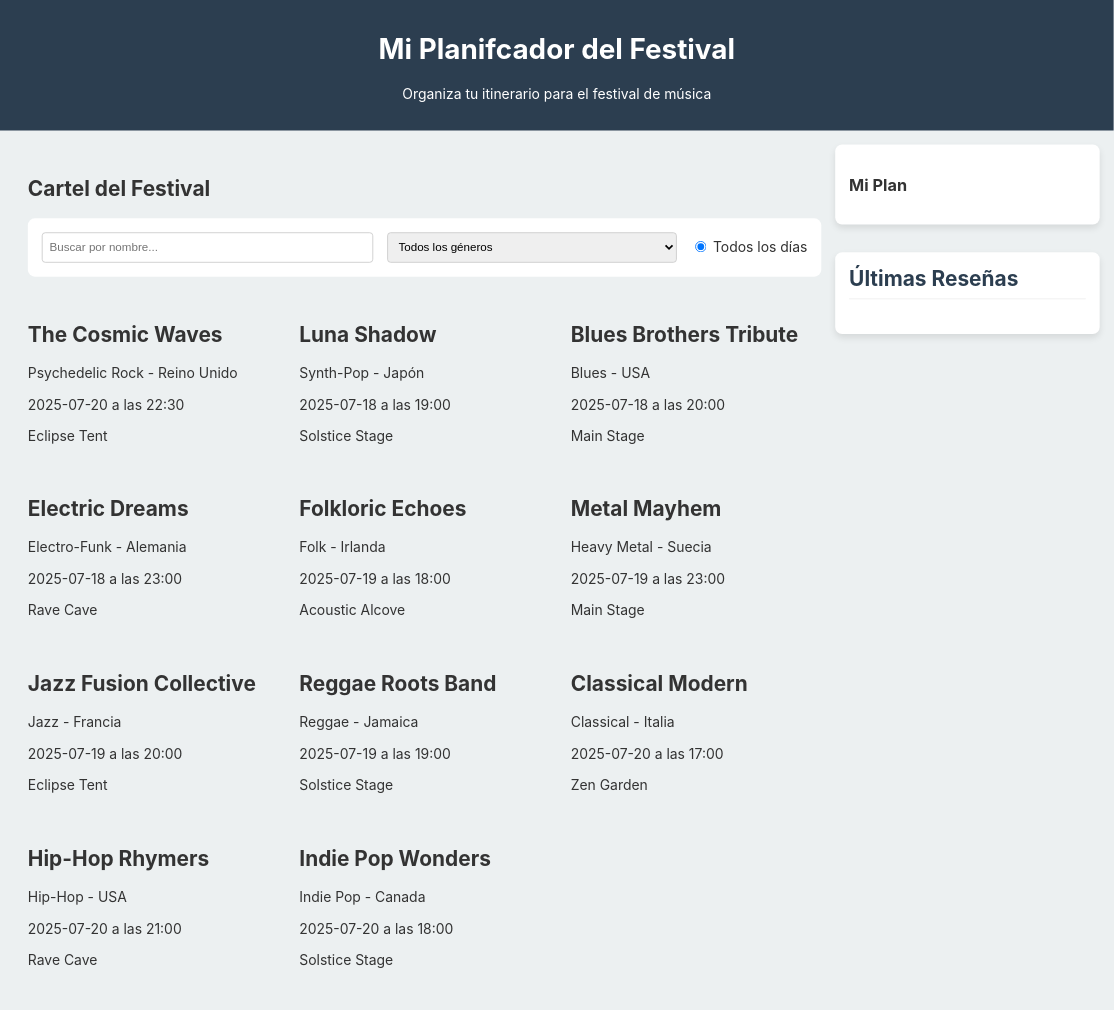
Repository: covaa15/DWEC
Page: Examen12_12_2025/index.html
An editor plug-in stored every save of this project. The page is shown before and after the next save, followed by the edit.
The browser window is 1280 px wide. The pictures show the whole page, at 87% of full size.

Above is the page before, as saved 2025-12-12 12:05:09.

### Examen12_12_2025/index.html
<!DOCTYPE html>
<html lang="es">
<head>
    <meta charset="UTF-8">
    <meta name="viewport" content="width=device-width, initial-scale=1.0">
    <title>Festival</title>
    <link rel="stylesheet" href="css/style.css">
</head>
<body>
    <!-- Encabezado principal de la aplicación -->
    <header>
        <h1>Mi Planifcador del Festival</h1>
        <p>Organiza tu itinerario para el festival de música</p>
    </header>

    <!-- Contenedor principal de la aplicación: organiza el dashboard y la columna derecha -->
    <div class="container">
        <!-- Sección principal del dashboard: muestra el cartel del festival y los filtros -->
        <main id="dashboard">
            <h2>Cartel del Festival</h2>
            <!-- Formulario de filtros para buscar y categorizar artistas -->
            <form id="filter-form">
                <input type="text" id="search-name" placeholder="Buscar por nombre...">
                <select id="filter-genre">
                    <option value="">Todos los géneros</option>
                    <!-- Las opciones de género se cargarán aquí dinámicamente mediante JavaScript -->
                </select>
                <div id="filter-day" class="radio-group">
                    <label><input type="radio" name="day" value="" checked> Todos los días</label>
                    <!-- Las opciones de día se cargarán aquí dinámicamente mediante JavaScript -->
                </div>
            </form>
            <!-- Contenedor donde se mostrarán las tarjetas de los artistas filtrados -->
            <div id="artist-list" class="grid-container">
                <!-- Las tarjetas de artistas se insertarán aquí por JavaScript -->
            </div>
        </main>

        <!-- Columna lateral derecha: contiene el plan del usuario y las reseñas -->
        <div class="right-column">
            <!-- Sección para el plan personalizado del usuario -->
            <aside id="my-plan-container">
                <h3>Mi Plan</h3>
                <!-- Lista donde se añadirán las actuaciones seleccionadas por el usuario -->
                <ul id="plan-list">
                    <!-- Las actuaciones añadidas aparecerán aquí por JavaScript -->
                </ul>
            </aside>
            <!-- Sección para mostrar las reseñas de los artistas -->
            <section id="reviews-section">
                <h2>Últimas Reseñas</h2>
                <!-- Contenedor donde se mostrarán las tarjetas de las reseñas -->
                <div id="reviews-list">
                    <!-- Las reseñas se insertarán aquí por JavaScript -->
                </div>
            </section>
        </div>
    </div>

    <!-- Modal para el formulario de reseña (inicialmente oculto) -->
    <div id="review-modal" class="modal-overlay" style="display: none;">
        <div class="modal-content">
            <button class="close-modal">&times;</button>
            <h3 id="modal-artist-name">Dejar reseña para...</h3>
            <!-- Formulario de reseña del artista. La validación se realiza en el cliente. -->
            <form id="review-form" novalidate>
                <div class="form-group">
                    <label>Calificación:</label>
                    <div class="star-rating">
                        <!-- Campos de radio para la calificación por estrellas (5 a 1) -->
                        <input type="radio" id="star5" name="rating" value="5" required><label for="star5" title="5 stars">★</label>
                        <input type="radio" id="star4" name="rating" value="4"><label for="star4" title="4 stars">★</label>
                        <input type="radio" id="star3" name="rating" value="3"><label for="star3" title="3 stars">★</label>
                        <input type="radio" id="star2" name="rating" value="2"><label for="star2" title="2 stars">★</label>
                        <input type="radio" id="star1" name="rating" value="1"><label for="star1" title="1 star">★</label>
                    </div>
                    <span class="error-message"></span>
                </div>
                <div class="form-group">
                    <label for="comment">Comentario:</label>
                    <textarea id="comment" name="comment" rows="4" minlength="15" required></textarea>
                    <span class="error-message"></span>
                </div>
                <div class="form-group">
                    <label for="email">Email:</label>
                    <input type="email" id="email" name="email" required>
                    <span class="error-message"></span>
                </div>
                <button type="submit">Enviar Reseña</button>
            </form>
        </div>
    </div>


    <!-- Mensaje de éxito temporal para confirmaciones de usuario (inicialmente oculto) -->
    <div id="success-message" class="success-message" style="display: none;"></div>

    <!-- Enlace al archivo JavaScript principal de la aplicación.
         El atributo 'type="module"' permite usar importaciones y exportaciones de módulos. -->
    <script src="js/main.js" type="module"></script>
</body>
</html>

### Examen12_12_2025/css/style.css
/* --- GENERALES Y LAYOUT --- */
/* Este bloque define variables globales (--variable) para la paleta de colores y estilos reutilizables.
   También establece los estilos base para la página, como la fuente y la maquetación principal de dos columnas usando Flexbox. */
:root {
    --primary-color: #2c3e50;
    --secondary-color: #3498db;
    --background-color: #ecf0f1;
    --card-bg-color: #ffffff;
    --text-color: #333;
    --error-color: #e74c3c;
    --success-color: #2ecc71;
    --star-color: #f1c40f;
    --border-radius: 8px;
    --box-shadow: 0 4px 8px rgba(0, 0, 0, 0.1);
}

body {
    font-family: -apple-system, BlinkMacSystemFont, "Segoe UI", Roboto, Helvetica, Arial, sans-serif;
    margin: 0;
    background-color: var(--background-color);
    color: var(--text-color);
}

header {
    background-color: var(--primary-color);
    color: white;
    padding: 1rem 2rem;
    text-align: center;
}

.container {
    display: flex;
    flex-wrap: wrap;
    padding: 1rem;
}

main#dashboard {
    flex: 3;
    min-width: 300px;
    padding: 1rem;
}

.right-column {
    flex: 1;
    min-width: 300px;
    display: flex;
    flex-direction: column;
    gap: 2rem;
}

aside#my-plan-container {
    background-color: var(--card-bg-color);
    padding: 1rem;
    border-radius: var(--border-radius);
    box-shadow: var(--box-shadow);
}

/* --- FORMULARIO DE FILTROS --- */
/* Estilos para el formulario que permite al usuario buscar y filtrar artistas. */
#filter-form {
    display: flex;
    flex-wrap: wrap;
    gap: 1rem;
    margin-bottom: 2rem;
    background-color: var(--card-bg-color);
    padding: 1rem;
    border-radius: var(--border-radius);
}

#filter-form input[type="text"],
#filter-form select {
    padding: 0.5rem;
    border: 1px solid #ccc;
    border-radius: 4px;
    flex-grow: 1;
}

.radio-group {
    display: flex;
    gap: 1rem;
    align-items: center;
}

/* --- TARJETAS DE ARTISTAS --- */
/* Define el layout de parrilla para las tarjetas de artistas y el estilo de cada tarjeta individual,
   incluyendo efectos visuales como sombras y animaciones al pasar el ratón. */
.grid-container {
    display: grid;
    grid-template-columns: repeat(auto-fill, minmax(220px, 1fr));
    gap: 1.5rem;
}

.artist-card {
    background: var(--card-bg-color);
    border-radius: var(--border-radius);
    box-shadow: var(--box-shadow);
    padding: 1rem;
    transition: transform 0.2s, box-shadow 0.2s;
    display: flex;
    flex-direction: column;
}

.artist-card:hover {
    transform: translateY(-5px);
    box-shadow: 0 8px 16px rgba(0, 0, 0, 0.15);
}

.artist-card h3 {
    margin-top: 0;
    color: var(--primary-color);
}

.artist-card p {
    font-size: 0.9rem;
    color: #7f8c8d;
    margin: 0.5rem 0;
}

.card-schedule-info {
    font-size: 0.85rem;
    color: #34495e;
    background-color: #f8f9f9;
    padding: 0.5rem;
    border-radius: 4px;
    margin: 1rem 0;
    border-left: 3px solid var(--secondary-color);
}

.card-schedule-info span {
    display: block;
}

.card-schedule-info span:first-child {
    font-weight: bold;
}

.artist-card button {
    background-color: var(--secondary-color);
    color: white;
    border: none;
    padding: 0.6rem 1rem;
    border-radius: 4px;
    cursor: pointer;
    width: 100%;
    margin-top: auto; /* Empuja el botón al final */
    transition: background-color 0.2s;
}

.artist-card button:hover {
    background-color: #2980b9;
}

/* --- SECCIÓN "MI PLAN" --- */
/* Estilos para la lista de actuaciones que el usuario ha seleccionado.
   Incluye el estilo de cada elemento de la lista y sus botones de acción (Eliminar, Dejar reseña). */
#plan-list {
    list-style-type: none;
    padding: 0;
    margin: 0;
}

#plan-list li {
    background-color: #f9f9f9;
    padding: 0.8rem;
    margin-bottom: 0.8rem;
    border-radius: 4px;
    border-left: 5px solid var(--secondary-color);
    position: relative;
}

#plan-list .plan-item-info strong {
    display: block;
    color: var(--primary-color);
}

#plan-list .plan-item-info span {
    font-size: 0.85rem;
    color: #7f8c8d;
}

#plan-list .plan-item-actions {
    margin-top: 0.5rem;
    display: flex;
    gap: 0.5rem;
}

.plan-item-actions button {
    font-size: 0.75rem;
    padding: 0.3rem 0.6rem;
    border-radius: 3px;
    cursor: pointer;
    border: 1px solid;
}

.btn-delete {
    border-color: var(--error-color);
    color: var(--error-color);
    background: transparent;
}
.btn-review {
    border-color: var(--secondary-color);
    color: var(--secondary-color);
    background: transparent;
}
.btn-review:disabled {
    border-color: #ccc;
    color: #ccc;
    cursor: not-allowed;
}


/* --- MODAL --- */
/* Estilos para la ventana modal que aparece superpuesta.
   Define la capa de fondo oscura y el contenedor del contenido del modal. */
.modal-overlay {
    position: fixed;
    top: 0;
    left: 0;
    width: 100%;
    height: 100%;
    background-color: rgba(0, 0, 0, 0.6);
    display: flex;
    justify-content: center;
    align-items: center;
    z-index: 1000;
}

.modal-content {
    background: white;
    padding: 2rem;
    border-radius: var(--border-radius);
    width: 90%;
    max-width: 500px;
    position: relative;
}

.close-modal {
    position: absolute;
    top: 1rem;
    right: 1rem;
    background: none;
    border: none;
    font-size: 1.5rem;
    cursor: pointer;
}

/* --- FORMULARIO DE RESEÑA --- */
/* Define los estilos para el formulario dentro del modal, incluyendo los campos de entrada,
   los mensajes de error de validación y el sistema de calificación por estrellas. */
#review-form .form-group {
    margin-bottom: 1rem;
}

#review-form label {
    display: block;
    margin-bottom: 0.3rem;
}

#review-form input,
#review-form textarea {
    width: 100%;
    padding: 0.5rem;
    border: 1px solid #ccc;
    border-radius: 4px;
    box-sizing: border-box;
}

#review-form button {
    background-color: var(--success-color);
    color: white;
    padding: 0.7rem 1.5rem;
    border: none;
    border-radius: 4px;
    cursor: pointer;
}
.error-message {
    color: var(--error-color);
    font-size: 0.8rem;
    height: 1rem;
    display: block;
}
input:invalid, textarea:invalid {
    border-color: var(--error-color);
}

/* Star Rating: Implementación de calificación por estrellas con inputs de radio y CSS. */
.star-rating {
    display: flex;
    flex-direction: row-reverse;
    justify-content: flex-end;
}

.star-rating input[type="radio"] {
    display: none;
}

.star-rating label {
    color: #ccc;
    cursor: pointer;
    font-size: 2rem;
    margin: 0;
}

.star-rating input[type="radio"]:checked ~ label,
.star-rating label:hover,
.star-rating label:hover ~ label {
    color: var(--star-color);
}

/* --- MENSAJE DE ÉXITO --- */
/* Estilos para la notificación flotante que aparece tras enviar una reseña. */
.success-message {
    position: fixed;
    bottom: 20px;
    left: 50%;
    transform: translateX(-50%);
    background-color: var(--success-color);
    color: white;
    padding: 1rem 2rem;
    border-radius: var(--border-radius);
    z-index: 1001;
    box-shadow: var(--box-shadow);
}


/* --- SECCIÓN DE RESEÑAS --- */
/* Estilos para la sección que muestra las reseñas enviadas y el formato de cada tarjeta de reseña. */
#reviews-section {
    background-color: var(--card-bg-color);
    padding: 1rem;
    border-radius: var(--border-radius);
    box-shadow: var(--box-shadow);
}

#reviews-section h2 {
    text-align: left;
    margin-top: 0;
    margin-bottom: 1.5rem;
    padding-bottom: 0.5rem;
    border-bottom: 1px solid #eee;
    color: var(--primary-color);
}

#reviews-list {
    display: flex;
    flex-direction: column;
    gap: 1rem;
}

.review-card {
    background: #f9f9f9;
    border-radius: var(--border-radius);
    padding: 1rem;
    display: flex;
    flex-direction: column;
    border-left: 5px solid var(--secondary-color);
}

.review-card h4 {
    margin: 0 0 0.5rem 0;
    color: var(--primary-color);
}

.review-card-rating {
    color: var(--star-color);
    font-size: 1.2rem;
    margin-bottom: 1rem;
}

.review-card-comment {
    font-style: italic;
    color: #555;
    margin: 0;
}


/* --- RESPONSIVE --- */
/* Contiene las Media Queries para adaptar el diseño a diferentes tamaños de pantalla,
   como apilar las columnas en dispositivos móviles. */
@media (max-width: 992px) {
    .container {
        flex-direction: column;
    }
    .right-column {
        margin-top: 2rem;
        gap: 2rem;
    }
}

### Examen12_12_2025/js/main.js
// js/main.js
let artistas = [];
let horarios = [];
let escenarios = []
const contenedorArtistas = document.querySelector("#artist-list");
//Cargo los artistas
cargarEscenarios("./data/escenarios.json");
cargarHorarios("./data/horarios.json");
cargarArtistas("./data/artistas.json");



function cargarArtistas(ruta) {
    fetch(ruta)
        .then(res => res.json())
        .then(data => {
            artistas = data;
            mostrarArtistas(artistas);
        })
        .catch(error => console.log("Error al cargar productos:", error));

}
//Cargo los escenarios
function cargarEscenarios(ruta) {
    fetch(ruta)
        .then(res => res.json())
        .then(data => {
            escenarios = data;
            mostrarArtistas(artistas);
        })
        .catch(error => console.log("Error al cargar productos:", error));

}
//Cargo los horarios
function cargarHorarios(ruta) {
    fetch(ruta)
        .then(res => res.json())
        .then(data => {
            horarios = data;
            mostrarArtistas(artistas);
        })
        .catch(error => console.log("Error al cargar productos:", error));

}

function mostrarArtistas(artistas) {
    contenedorArtistas.innerHTML = "";
    artistas.forEach(artista => {
        const card = document.createElement('div');
        card.classList.add(".artist-card")

        let escenario=obtenerEscenario(artista.id);
        let horario=obtenerHorario(artista.id);
        card.innerHTML = `
        <h2>${artista.nombre}</h2>
        <p>${artista.genero} - ${artista.pais}</p>
        <div>
            <p>${horario.dia} a las ${horario.horaInicio}</p>
             <p> ${escenario}</p>
        </div>

       `
        contenedorArtistas.appendChild(card);
    });


}

function obtenerEscenario(idArtista) {
    let nombreEscenario;
    const horario = obtenerHorario(idArtista);
    escenarios.forEach(escenario => {
        if (escenario.id === horario.escenarioId)
            nombreEscenario= escenario.nombre;
    });
    return nombreEscenario;
}

function obtenerHorario(idArtista) {
    let horarioArtista;
    horarios.forEach(horario => {

        if (horario.artistaId === idArtista)
            horarioArtista=horario;

    });
    return horarioArtista ;
}

### Examen12_12_2025/data/escenarios.json
[
  {
    "id": "e1",
    "nombre": "Solstice Stage",
    "capacidad": 15000,
    "ubicacion": "Zona Norte"
  },
  {
    "id": "e2",
    "nombre": "Eclipse Tent",
    "capacidad": 5000,
    "ubicacion": "Zona Oeste"
  },
  {
    "id": "e3",
    "nombre": "Zen Garden",
    "capacidad": 3000,
    "ubicacion": "Zona Sur"
  },
  {
    "id": "e4",
    "nombre": "Rave Cave",
    "capacidad": 7000,
    "ubicacion": "Zona Este"
  },
  {
    "id": "e5",
    "nombre": "Acoustic Alcove",
    "capacidad": 1000,
    "ubicacion": "Centro"
  },
  {
    "id": "e6",
    "nombre": "Main Stage",
    "capacidad": 20000,
    "ubicacion": "Entrada Principal"
  },
  {
    "id": "e7",
    "nombre": "Chill Zone",
    "capacidad": 2000,
    "ubicacion": "Junto al Lago"
  },
  {
    "id": "e8",
    "nombre": "Groove Ground",
    "capacidad": 6000,
    "ubicacion": "Área de Comida"
  },
  {
    "id": "e9",
    "nombre": "Tech Temple",
    "capacidad": 4000,
    "ubicacion": "Bosque"
  },
  {
    "id": "e10",
    "nombre": "Vibe Village",
    "capacidad": 2500,
    "ubicacion": "Campamento"
  }
]

### Examen12_12_2025/data/horarios.json
[
  {
    "artistaId": "a1",
    "escenarioId": "e6",
    "dia": "2025-07-18",
    "horaInicio": "22:00",
    "duracion": 90
  },
  {
    "artistaId": "a3",
    "escenarioId": "e6",
    "dia": "2025-07-18",
    "horaInicio": "20:00",
    "duracion": 90
  },
  {
    "artistaId": "a2",
    "escenarioId": "e1",
    "dia": "2025-07-18",
    "horaInicio": "19:00",
    "duracion": 60
  },
  {
    "artistaId": "a4",
    "escenarioId": "e4",
    "dia": "2025-07-18",
    "horaInicio": "23:00",
    "duracion": 75
  },
  {
    "artistaId": "a5",
    "escenarioId": "e5",
    "dia": "2025-07-19",
    "horaInicio": "18:00",
    "duracion": 60
  },
  {
    "artistaId": "a6",
    "escenarioId": "e6",
    "dia": "2025-07-19",
    "horaInicio": "23:00",
    "duracion": 120
  },
  {
    "artistaId": "a7",
    "escenarioId": "e2",
    "dia": "2025-07-19",
    "horaInicio": "20:00",
    "duracion": 90
  },
  {
    "artistaId": "a8",
    "escenarioId": "e1",
    "dia": "2025-07-19",
    "horaInicio": "19:00",
    "duracion": 75
  },
  {
    "artistaId": "a9",
    "escenarioId": "e3",
    "dia": "2025-07-20",
    "horaInicio": "17:00",
    "duracion": 60
  },
  {
    "artistaId": "a10",
    "escenarioId": "e4",
    "dia": "2025-07-20",
    "horaInicio": "21:00",
    "duracion": 90
  },
  {
    "artistaId": "a11",
    "escenarioId": "e1",
    "dia": "2025-07-20",
    "horaInicio": "18:00",
    "duracion": 75
  },
  {
    "artistaId": "a1",
    "escenarioId": "e2",
    "dia": "2025-07-20",
    "horaInicio": "22:30",
    "duracion": 90
  }
]

### Examen12_12_2025/data/artistas.json
[
  {
    "id": "a1",
    "nombre": "The Cosmic Waves",
    "genero": "Psychedelic Rock",
    "pais": "Reino Unido",
    "miembros": ["Alex", "Zoe", "Sam", "Leo"],
    "fansEstimados": 12000
  },
  {
    "id": "a2",
    "nombre": "Luna Shadow",
    "genero": "Synth-Pop",
    "pais": "Japón",
    "miembros": ["Yuki"],
    "fansEstimados": 8000
  },
  {
    "id": "a3",
    "nombre": "Blues Brothers Tribute",
    "genero": "Blues",
    "pais": "USA",
    "miembros": ["Jake", "Elwood"],
    "fansEstimados": 15000
  },
  {
    "id": "a4",
    "nombre": "Electric Dreams",
    "genero": "Electro-Funk",
    "pais": "Alemania",
    "miembros": ["DJ Spark", "BassBot"],
    "fansEstimados": 9500
  },
  {
    "id": "a5",
    "nombre": "Folkloric Echoes",
    "genero": "Folk",
    "pais": "Irlanda",
    "miembros": ["Fiona", "Liam", "Aoife"],
    "fansEstimados": 7000
  },
  {
    "id": "a6",
    "nombre": "Metal Mayhem",
    "genero": "Heavy Metal",
    "pais": "Suecia",
    "miembros": ["Thor", "Odin", "Loki"],
    "fansEstimados": 18000
  },
  {
    "id": "a7",
    "nombre": "Jazz Fusion Collective",
    "genero": "Jazz",
    "pais": "Francia",
    "miembros": ["Pierre", "Marie", "Louis"],
    "fansEstimados": 6000
  },
  {
    "id": "a8",
    "nombre": "Reggae Roots Band",
    "genero": "Reggae",
    "pais": "Jamaica",
    "miembros": ["Rasta Joe", "Mama Earth"],
    "fansEstimados": 11000
  },
  {
    "id": "a9",
    "nombre": "Classical Modern",
    "genero": "Classical",
    "pais": "Italia",
    "miembros": ["Maestro Carlo"],
    "fansEstimados": 4000
  },
  {
    "id": "a10",
    "nombre": "Hip-Hop Rhymers",
    "genero": "Hip-Hop",
    "pais": "USA",
    "miembros": ["MC Flow", "Beat Master"],
    "fansEstimados": 13000
  },
  {
    "id": "a11",
    "nombre": "Indie Pop Wonders",
    "genero": "Indie Pop",
    "pais": "Canada",
    "miembros": ["Chloe", "Finn"],
    "fansEstimados": 8500
  }
]

After the next save:
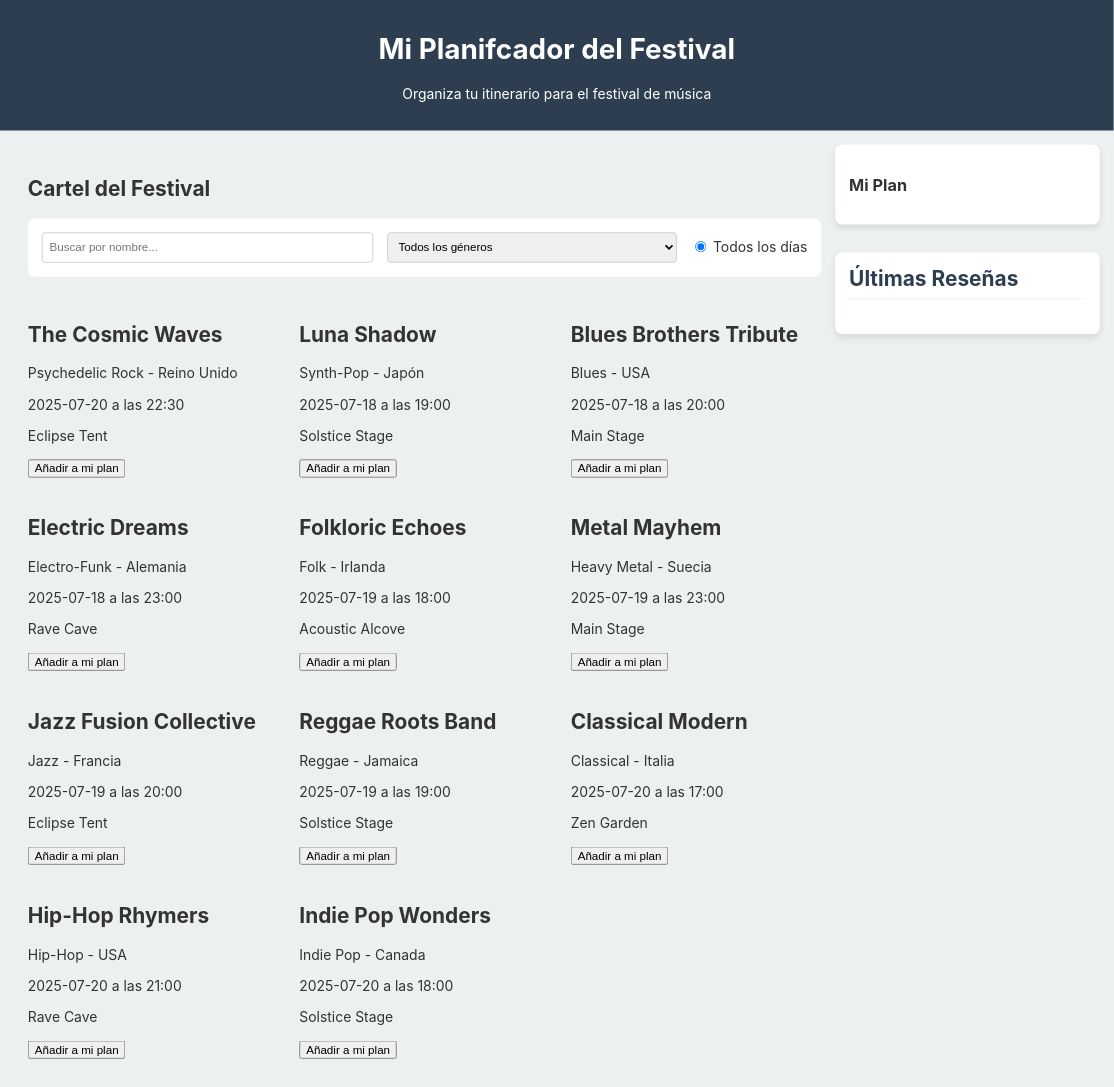
Saved 111 s later.
--- a/Examen12_12_2025/js/main.js
+++ b/Examen12_12_2025/js/main.js
@@ -57,6 +57,7 @@ function mostrarArtistas(artistas) {
         <div>
             <p>${horario.dia} a las ${horario.horaInicio}</p>
              <p> ${escenario}</p>
+             <button>Añadir a mi plan</button>
         </div>
 
        `
